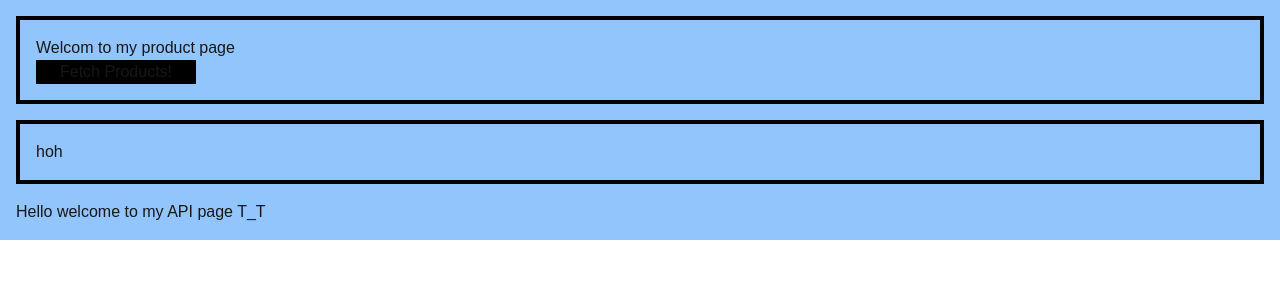
Repository: MelissaJacobi/mdia-3126
Page: /api (app in webapp-lab06/)
An editor plug-in stored every save of this project. The page is shown before and after the next save, followed by the edit.
The browser window is 1280 px wide. The pictures show the whole page.
The project was rebuilt for these pictures with package versions that can differ from the ones it lists, and the page was loaded fresh each time. The framework's server and built-in components were replaced by stand-ins that run in the browser. Also part of the build but not shown: webapp-lab06/next.config.mjs.

Above is the page before, as saved 2024-10-08 14:59:37.

### webapp-lab06/src/app/api/page.js
"use client"
import Image from "next/image";
import {useState} from 'react';



export default function Page() {

    const DATA_URL = "https://mdn.github.io/learning-area/javascript/apis/fetching-data/can-store/products.json";
    const [data, setData] = useState(null);
    const ProductList = () => {
        if (data) {
            return(
                <div>
                    <ul className="border-4 border-black p-4 mb-4">
                        hi
                    </ul>
                </div>
            )
        } else {
            return (
                <div>
                    <ul className="border-4 border-black p-4 mb-4">
                        hoh
                    </ul>
                </div>
            )
        }
    }

    async function fetchData() {
        const response = await fetch(DATA_URL);
        const data = await response.json();
        setData(data);
    }

    return(
        <div className="p-4 bg-blue-300">
            <header className="border-4 border-black p-4 mb-4">
                <h1>Welcom to my product page</h1>
                <button className="border-neutral-200 bg-black px-6"
                onClick={fetchData}
                >Fetch Products!</button>
            </header>
            <ProductList />
            Hello welcome to my API page T_T
        </div>
    );
}

Loaded but not shown: webapp-lab06/src/app/layout.js (common file); webapp-lab06/src/app/globals.css (common file); webapp-lab06/tailwind.config.js (common file)

After the next save:
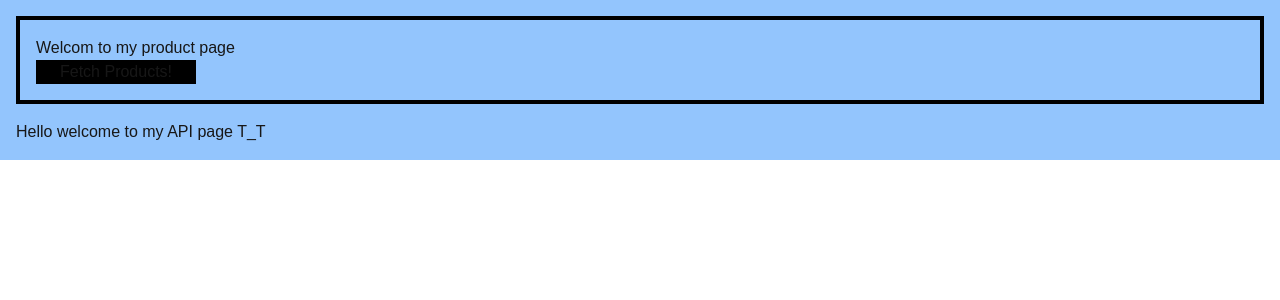
Saved 6 s later.
--- a/webapp-lab06/src/app/api/page.js
+++ b/webapp-lab06/src/app/api/page.js
@@ -20,9 +20,7 @@ export default function Page() {
         } else {
             return (
                 <div>
-                    <ul className="border-4 border-black p-4 mb-4">
-                        hoh
-                    </ul>
+
                 </div>
             )
         }
